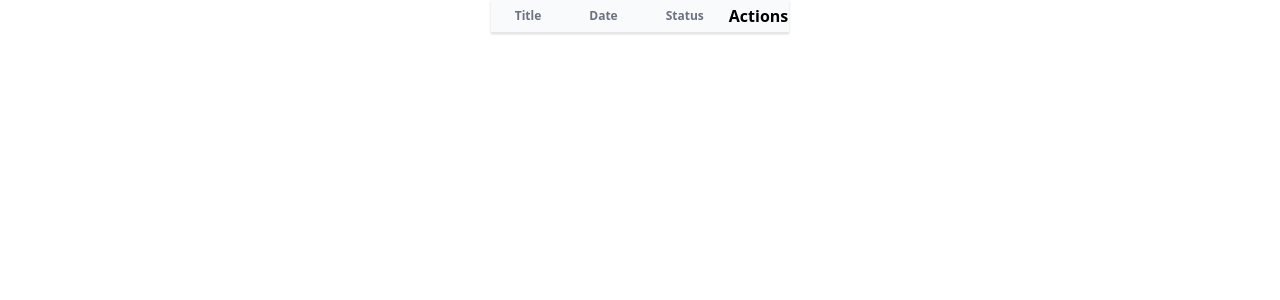
Repository: maikeru-desu/parking-lot
Page: / (app in parking-lot-fe/)
These files come from the project's save history. The page is drawn as it stood at one moment and after the next save; the edit follows.
The browser window is 1280 px wide. The pictures show the whole page.
The page's requests for data from a server got no answer. The project was rebuilt for these pictures with package versions that can differ from the ones it lists, and the page was loaded fresh each time. No one was signed in, and anything a server would have sent is missing. Also part of the build but not shown: parking-lot-fe/craco.config.js.

Above is the page before, as saved 2021-10-14 02:44:12.

After the next save:
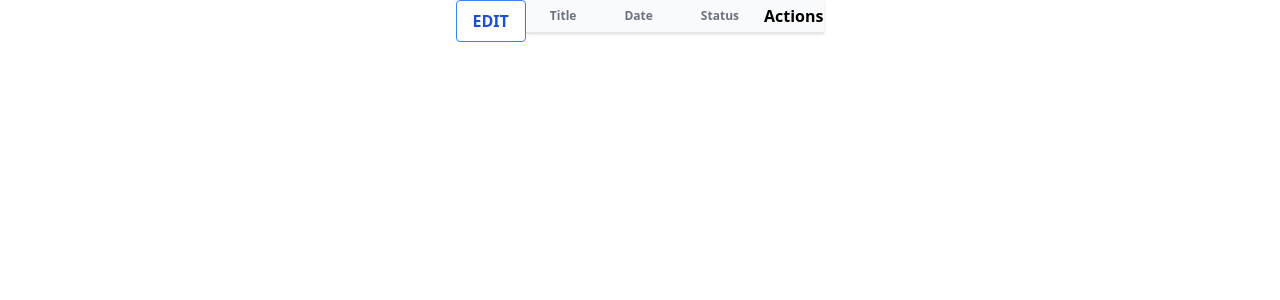
Saved 2 min 11 s later.
--- a/parking-lot-fe/src/pages/Home.js
+++ b/parking-lot-fe/src/pages/Home.js
@@ -18,6 +18,9 @@ const Home = () => {
 
     return (
         <div className="container flex justify-center mx-auto">
+            <button class="bg-transparent hover:bg-blue-500 text-blue-700 font-semibold hover:text-white py-2 px-4 border border-blue-500 hover:border-transparent rounded">
+                EDIT
+            </button>
             <div className="flex flex-col">
                 <div className="w-full">
                     <div className="border-b border-gray-200 shadow">
